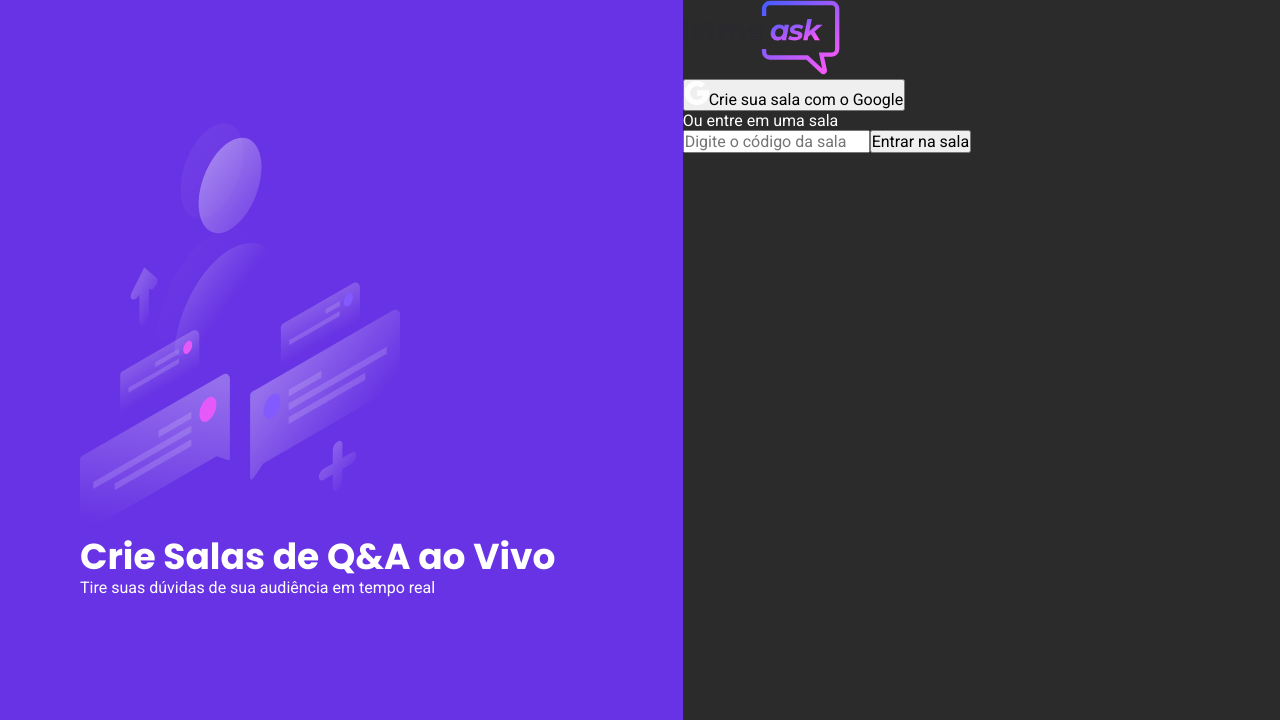
Repository: ANDRIEL123/NLW6-ReactJS-Letmeask
Page: /
The author's editor kept a copy of each file at every save. The page is drawn from the files as they stood at one save, then again after the next save.
The browser window is 1280 px wide. The pictures show the whole page.
The project was rebuilt for these pictures with package versions that can differ from the ones it lists, and the page was loaded fresh each time.

Above is the page before, as saved 2021-10-11 13:24:02.

After the next save:
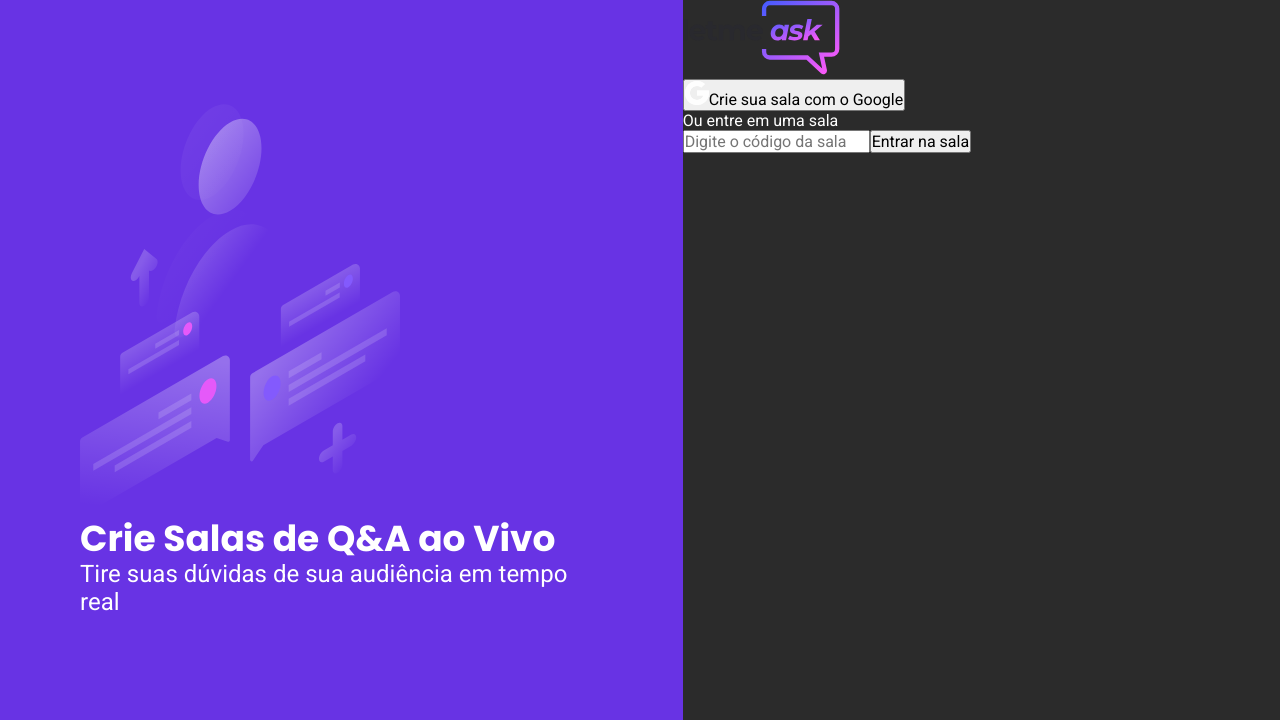
Saved 44 s later.
--- a/src/styles/auth.scss
+++ b/src/styles/auth.scss
@@ -21,6 +21,10 @@
             font: 700 36px 'Poppins', sans-serif;
             line-height: 42px;
         }
+
+        p {
+            font-size: 24px;;
+        }
     }
 
     main {
